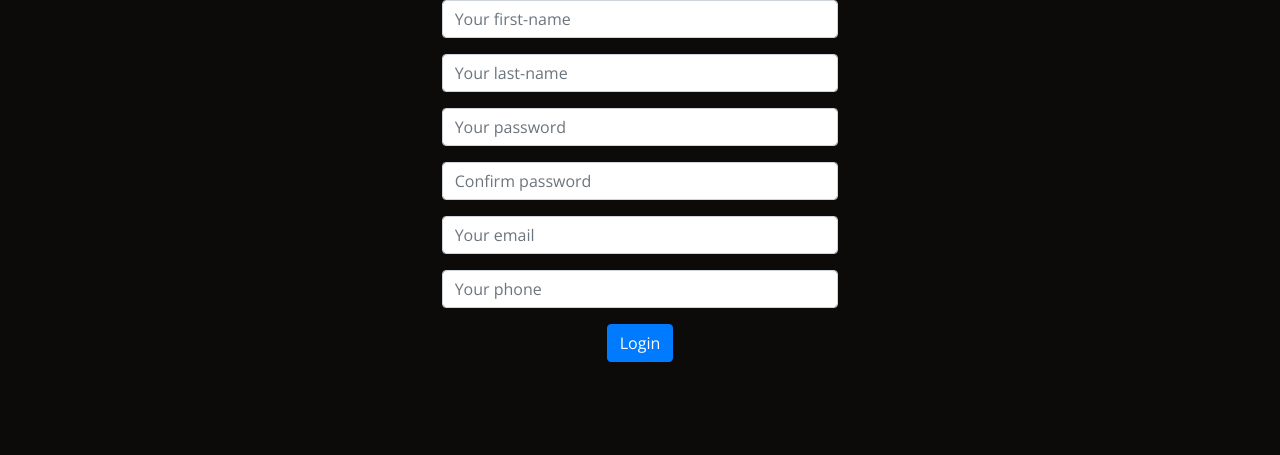
Repository: Amalraveendran/Amal
Page: http://localhost/cakehub/deliveryPartnerReg.jsp
These files come from the project's save history. The page is drawn as it stood at one moment and after the next save; the edit follows.
The browser window is 1280 px wide. The pictures show the whole page.
Some web fonts or font styles are not loaded; a fallback is used. The page is served by Tomcat 9.

Above is the page before, as saved 2021-01-30 07:24:54.

After the next save:
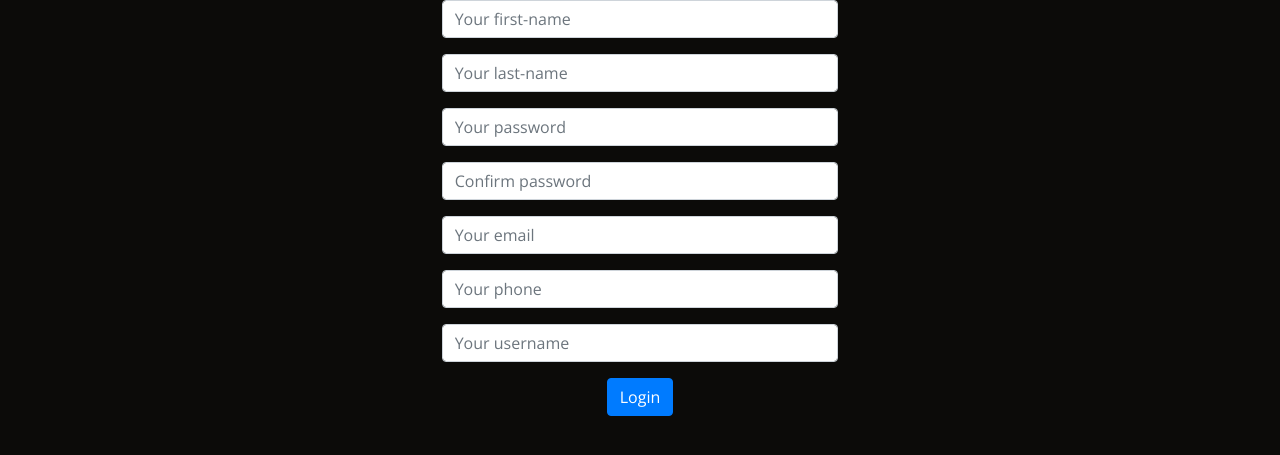
Saved 37 s later.
--- a/Eclipse Workspace/cakehub/WebContent/deliveryPartnerReg.jsp
+++ b/Eclipse Workspace/cakehub/WebContent/deliveryPartnerReg.jsp
@@ -53,6 +53,10 @@
 
             </div>
 
+             <div class="col-lg-4 col-md-6 form-group">
+              <input type="text" class="form-control" name="uname" id="uname" placeholder="Your username" data-rule="email" data-msg="Please enter a valid email">
+
+            </div>
             <input type="submit" class="btn btn-primary" value="Login">
 
 
